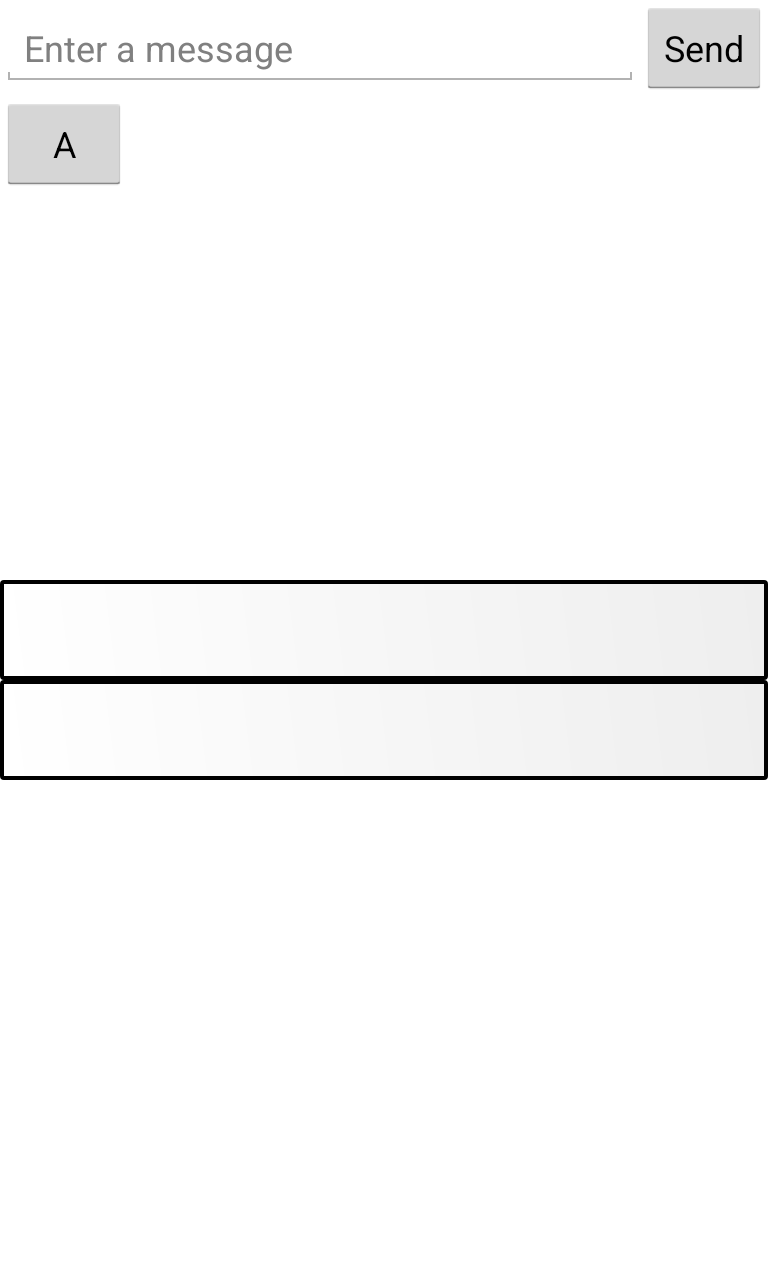
Repository: Jwonsever/AndroidPiano
Layout: HelloWorld/res/layout/activity_main.xml
An editor plug-in stored every save of this project. The layout is shown before and after the next save, followed by the edit.
It is drawn on a 768 x 1280 px phone screen (xhdpi) without system bars, with theme AppTheme; the app's code is not run.

Above is the layout before, as saved 2013-11-08 04:04:16.

After the next save:
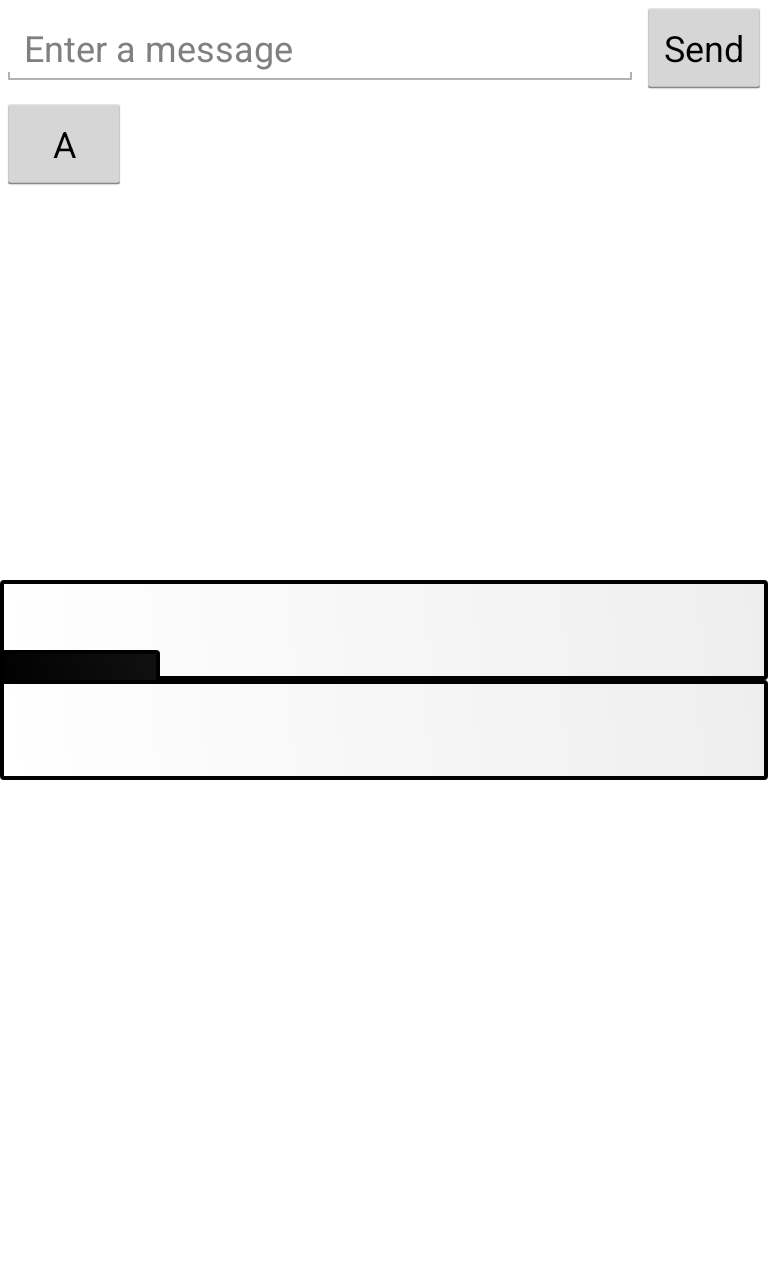
Saved 2 min 5 s later.
--- a/HelloWorld/res/layout/activity_main.xml
+++ b/HelloWorld/res/layout/activity_main.xml
@@ -53,7 +53,17 @@
    		     android:orientation="horizontal" >
 
     	</LinearLayout>
+		<LinearLayout
+		    android:id="@+id/piano_key_cs"
+		    android:layout_width="match_parent"
+		    android:layout_height="30dp"
+		    android:layout_width="80dp"
+		    android:layout_alignParentLeft="true"
+		    android:layout_marginTop="35dp"
+		    android:background="@drawable/black_key"
+		    android:orientation="horizontal" >
 
+		</LinearLayout>
 		<LinearLayout
 		    android:id="@+id/piano_key_c"
 		    android:layout_width="match_parent"
